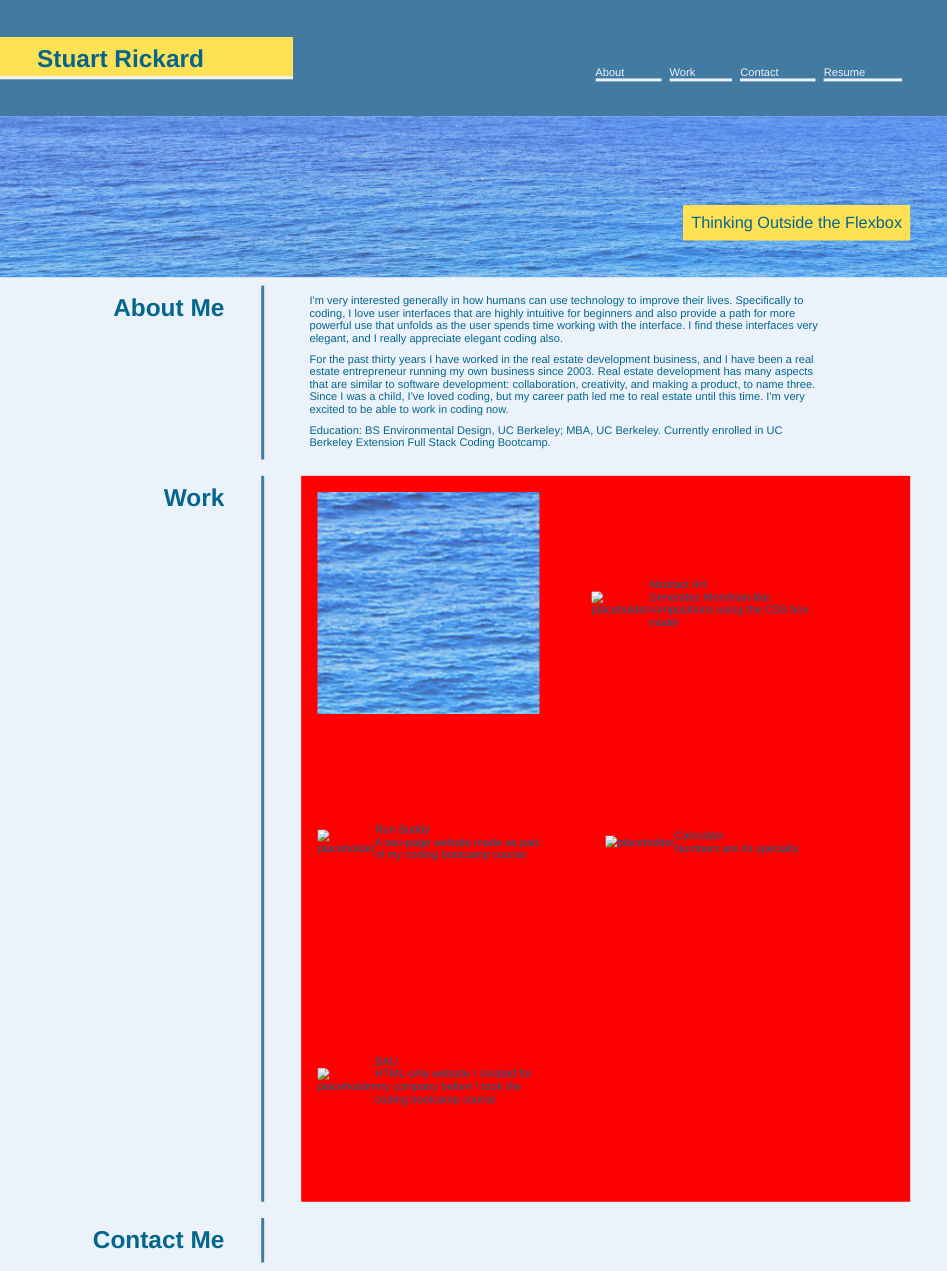
Repository: stuart-rickard/srport
Page: index.html
An editor plug-in stored every save of this project. The page is shown before and after the next save, followed by the edit.
The browser window is 1280 px wide. The pictures show the whole page, at 74% of full size.
Backgrounds fixed to the window are drawn as part of the page.

Above is the page before, as saved 2021-11-12 16:12:01.

After the next save:
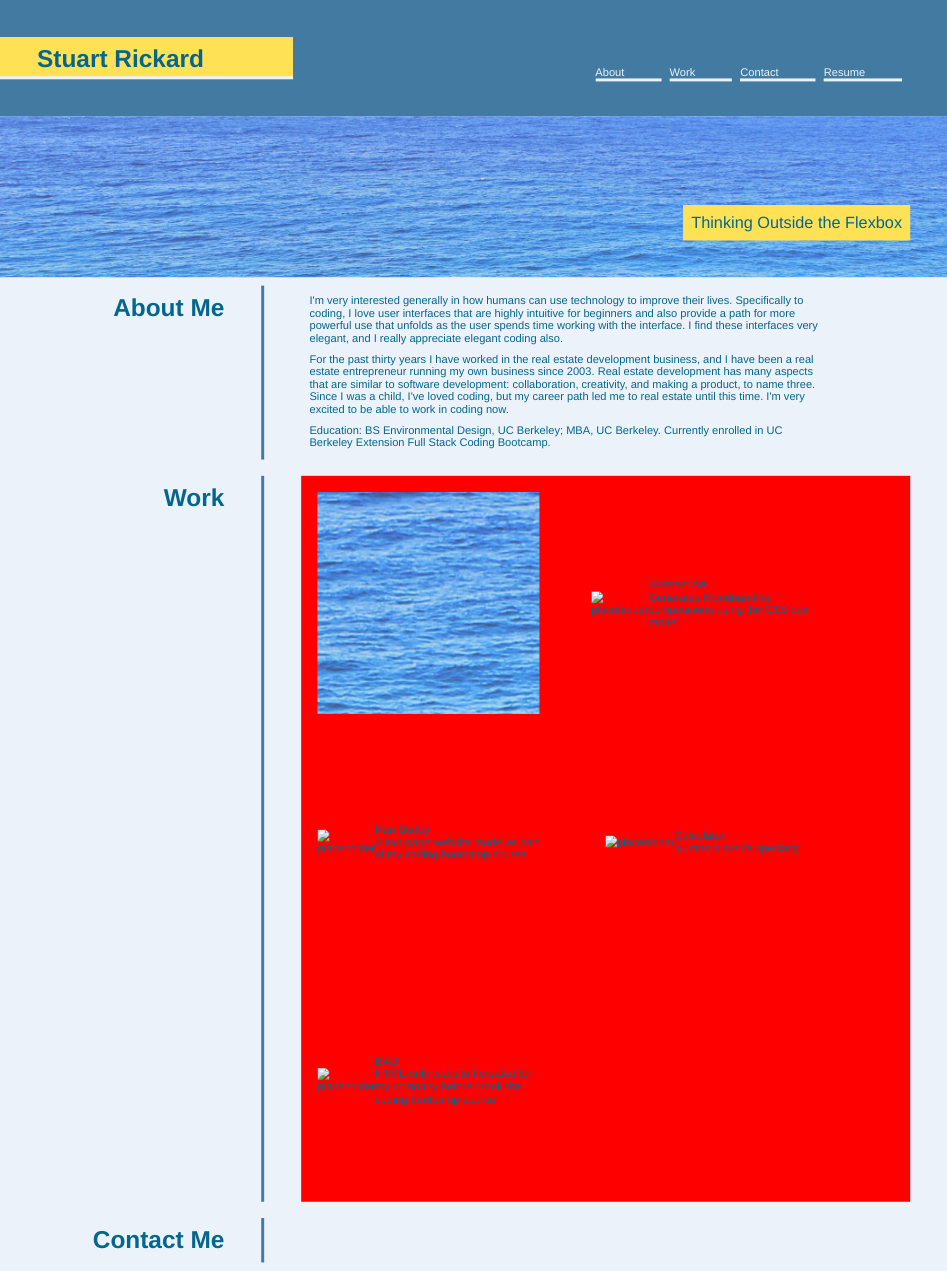
Saved 4 min 53 s later.
--- a/index.html
+++ b/index.html
@@ -43,10 +43,10 @@
           <article class=work-card>
             <a href="https://stuart-rickard.github.io/sandbox/circles/">
               <img id=circles src="assets/images/waves.jpg" alt="placeholder">
-            </a>
               <div>circles
                 <p>Uses the CSS box model to rotate concentric circles within one another</p>
               </div>
+            </a>
           </article>
           <article class=work-card>
             <img id=abstract-art src="#" alt="placeholder">
